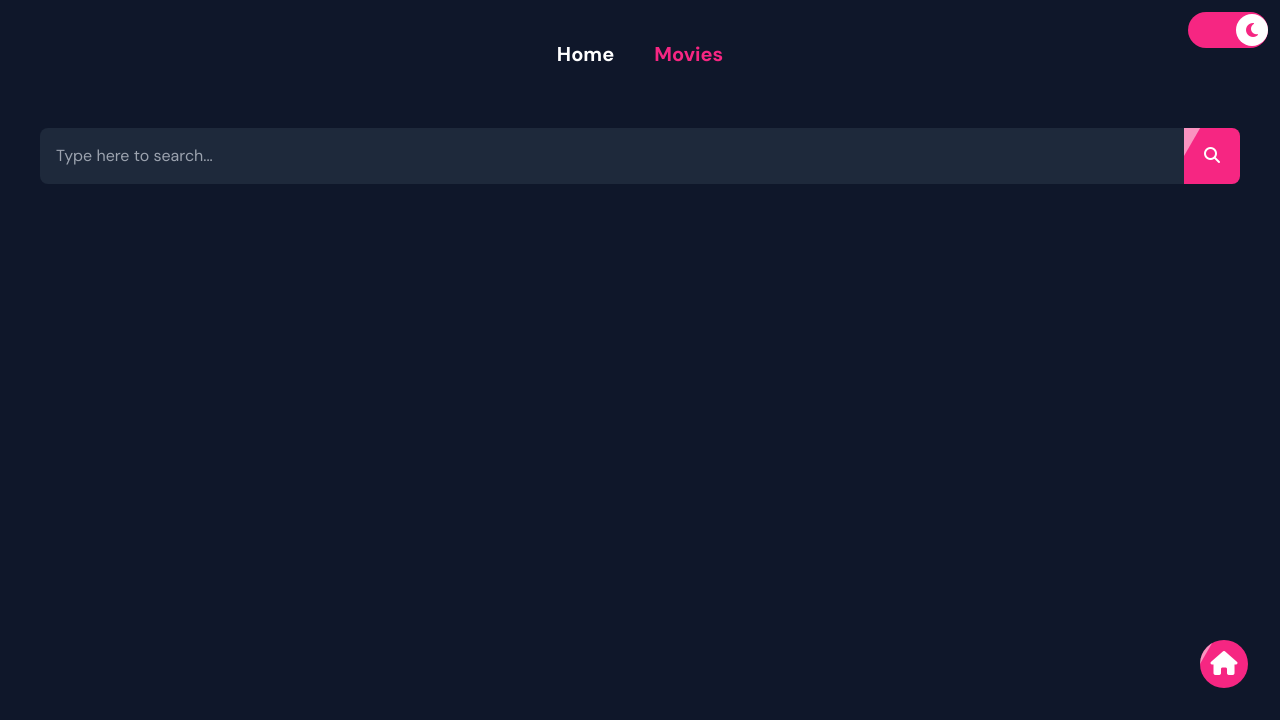
Repository: Linhyum/react-simple-movie
Page: /movies
An editor plug-in stored every save of this project. The page is shown before and after the next save, followed by the edit.
The browser window is 1280 px wide. The pictures show the whole page.
The page's requests for data from a server got no answer. The project was rebuilt for these pictures with package versions that can differ from the ones it lists, and the page was loaded fresh each time. No one was signed in, and anything a server would have sent is missing. Also part of the build but not shown: src/components/button/Button.js.

Above is the page before, as saved 2023-04-02 21:09:29.

After the next save:
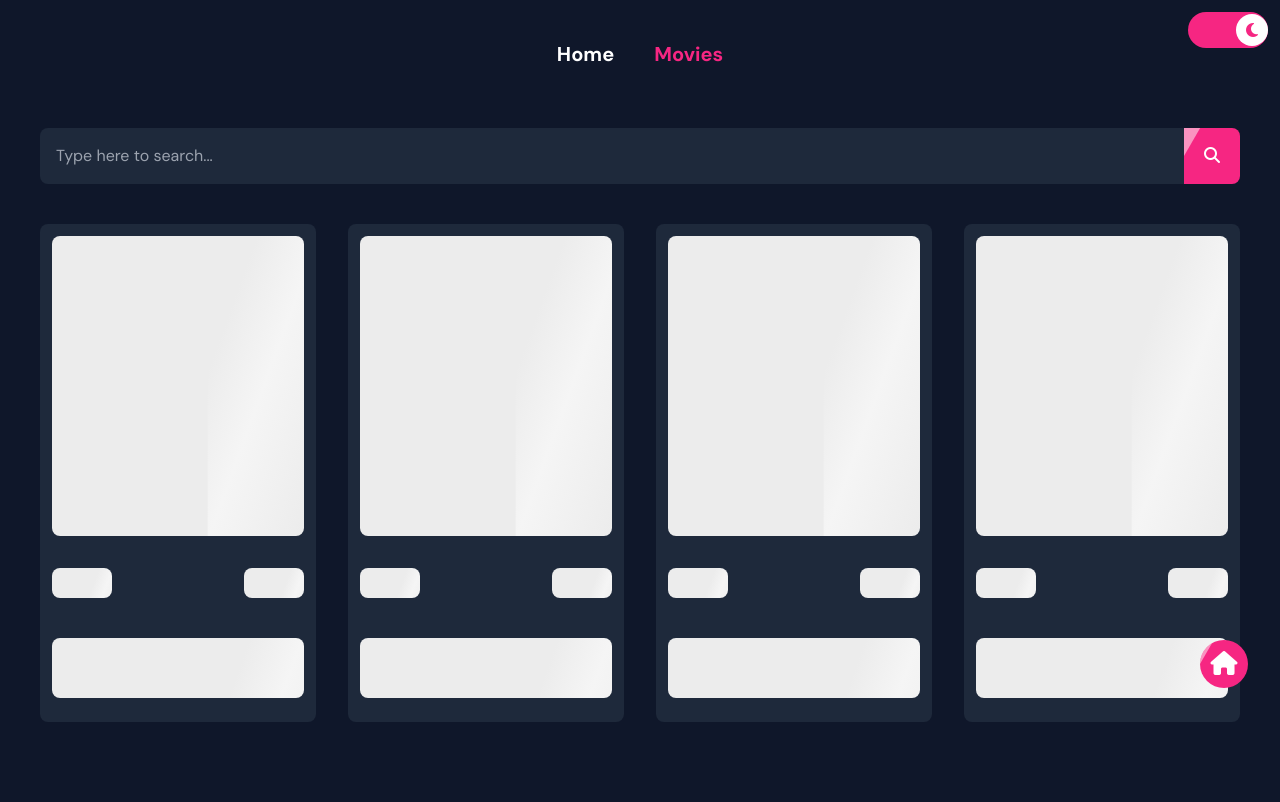
Saved 17 s later.
--- a/src/pages/MoviePage.js
+++ b/src/pages/MoviePage.js
@@ -61,7 +61,7 @@ const MoviePage = () => {
                     <i class="fa-solid fa-magnifying-glass"></i>
                 </button>
             </form>
-            {isLoading && (
+            {!isLoading && (
                 <div className="grid grid-cols-4 gap-x-8">
                     <MovieCardSkeleton></MovieCardSkeleton>
                     <MovieCardSkeleton></MovieCardSkeleton>
